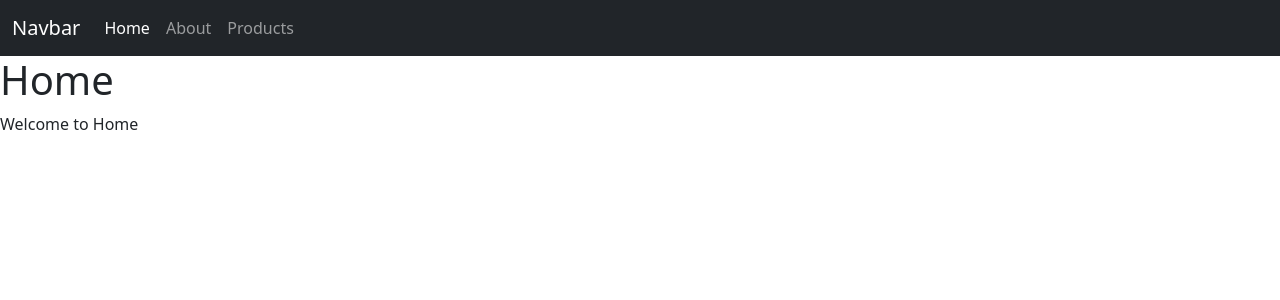
Repository: BlessingAjiboye/WEEK3DEP
Page: http://localhost/
An editor plug-in stored every save of this project. The page is shown before and after the next save, followed by the edit.
The browser window is 1280 px wide. The pictures show the whole page.
The page is served by the project's Node server (server.js). Other server files are loaded and not shown.

Above is the page before, as saved 2022-09-20 12:53:03.

### views/index.ejs
<!DOCTYPE html>
<html lang="en">
<head>
  <meta charset="UTF-8">
  <meta http-equiv="X-UA-Compatible" content="IE=edge">
  <meta name="viewport" content="width=device-width, initial-scale=1.0">
  <title><%= title %></title>
  <!--css section-->
  <link rel="stylesheet"href="/bootstrap/dist/css/bootstrap.min.css"/>
  <link rel="stylesheet"href="@fortawesome/fontawesome-free/css/all.min.css"/>
  <link rel='stylesheet' href='/Content/app.css' />
</head>
<body>
  <nav class="navbar navbar-expand-lg navbar-dark bg-dark">
    <div class="container-fluid">
      <a class="navbar-brand" href="#">Navbar</a>
      <button class="navbar-toggler" type="button" data-bs-toggle="collapse" data-bs-target="#navbarSupportedContent" aria-controls="navbarSupportedContent" aria-expanded="false" aria-label="Toggle navigation">
        <span class="navbar-toggler-icon"></span>
      </button>
      <div class="collapse navbar-collapse" id="navbarSupportedContent">
        <ul class="navbar-nav me-auto mb-2 mb-lg-0">
          <li class="nav-item">
            <a class="nav-link active" aria-current="page" href="/home">Home</a>
          </li>
          <li class="nav-item">
            <a class="nav-link" href="about">About</a>
          </li>

          <li class="nav-item">
            <a class="nav-link" href="products">Products</a>
          </li>

      </div>
    </div>
  </nav>
  <h1><%= title %></h1>
  <p>Welcome to <%= title %></p>

  <!--Script section-->
  <script src="/jquery/dist/jquery.min.js"></script>
  <script src="/bootstrap/dist/js/bootstrap.min.js"></script>
  <script src="/Scripts/app.js"></script>
</body>
</html>

### server.js
#!/usr/bin/env node

/**
 * Module dependencies.
 */

var app = require('./app');
var debug = require('debug')('week344:server');
var http = require('http');

/**
 * Get port from environment and store in Express.
 */

var port = normalizePort(process.env.PORT || '3000');
app.set('port', port);

/**
 * Create HTTP server.
 */

var server = http.createServer(app);

/**
 * Listen on provided port, on all network interfaces.
 */

server.listen(port);
server.on('error', onError);
server.on('listening', onListening);

/**
 * Normalize a port into a number, string, or false.
 */

function normalizePort(val) {
  var port = parseInt(val, 10);

  if (isNaN(port)) {
    // named pipe
    return val;
  }

  if (port >= 0) {
    // port number
    return port;
  }

  return false;
}

/**
 * Event listener for HTTP server "error" event.
 */

function onError(error) {
  if (error.syscall !== 'listen') {
    throw error;
  }

  var bind = typeof port === 'string'
    ? 'Pipe ' + port
    : 'Port ' + port;

  // handle specific listen errors with friendly messages
  switch (error.code) {
    case 'EACCES':
      console.error(bind + ' requires elevated privileges');
      process.exit(1);
      break;
    case 'EADDRINUSE':
      console.error(bind + ' is already in use');
      process.exit(1);
      break;
    default:
      throw error;
  }
}

/**
 * Event listener for HTTP server "listening" event.
 */

function onListening() {
  var addr = server.address();
  var bind = typeof addr === 'string'
    ? 'pipe ' + addr
    : 'port ' + addr.port;
  debug('Listening on ' + bind);
}

### routes/index.js
var express = require('express');
var router = express.Router();

/* GET home page. */
router.get('/', function(req, res, next) {
  res.render('index', { title: 'Home' });
});

router.get('/home', function(req, res, next) {
  res.render('index', { title: 'Home' });
});
router.get('/about', function(req, res, next) {
  res.render('index', { title: 'About' });
});

router.get('/Products', function(req, res, next) {
  res.render('index', { title: 'Products' });
});

router.get('/Services', function(req, res, next) {
  res.render('index', { title: 'Services' });
});

router.get('/Contact', function(req, res, next) {
  res.render('index', { title: 'Contact' });
});
module.exports = router;

### app.js
var createError = require('http-errors');
var express = require('express');
var path = require('path');
var cookieParser = require('cookie-parser');
var logger = require('morgan');

var indexRouter = require('./routes/index');
var usersRouter = require('./routes/users');

var app = express();

// view engine setup
app.set('views', path.join(__dirname, 'views'));
app.set('view engine', 'ejs');

app.use(logger('dev'));
app.use(express.json());
app.use(express.urlencoded({ extended: false }));
app.use(cookieParser());
app.use(express.static(path.join(__dirname, 'public')));
app.use(express.static(path.join(__dirname, 'node_modules')));
app.use('/', indexRouter);
app.use('/users', usersRouter);

// catch 404 and forward to error handler
app.use(function(req, res, next) {
  next(createError(404));
});

// error handler
app.use(function(err, req, res, next) {
  // set locals, only providing error in development
  res.locals.message = err.message;
  res.locals.error = req.app.get('env') === 'development' ? err : {};

  // render the error page
  res.status(err.status || 500);
  res.render('error');
});

module.exports = app;

### public/Content/app.css
/* custom css goes here*/

### public/Scripts/app.js
(function(){
    function start()
    {
        console.log("App started...");
    }
    window.addEventListener("load",start);
})();

After the next save:
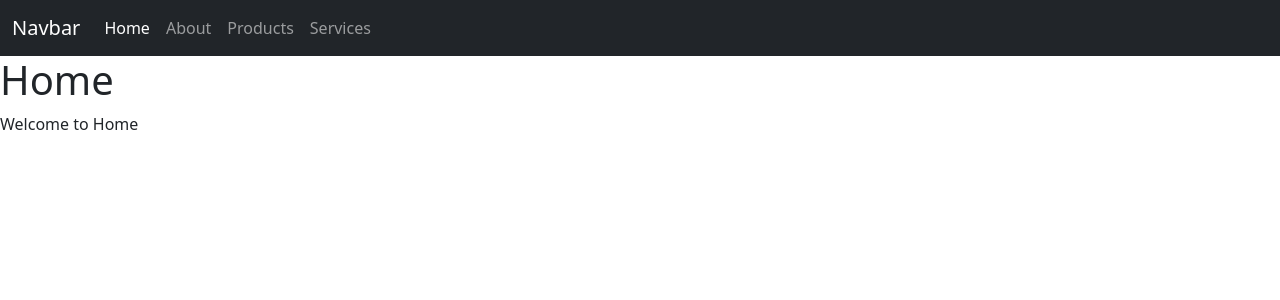
Saved 42 s later.
--- a/views/index.ejs
+++ b/views/index.ejs
@@ -30,6 +30,10 @@
             <a class="nav-link" href="products">Products</a>
           </li>
 
+          <li class="nav-item">
+            <a class="nav-link" href="services">Services</a>
+          </li>
+
       </div>
     </div>
   </nav>
